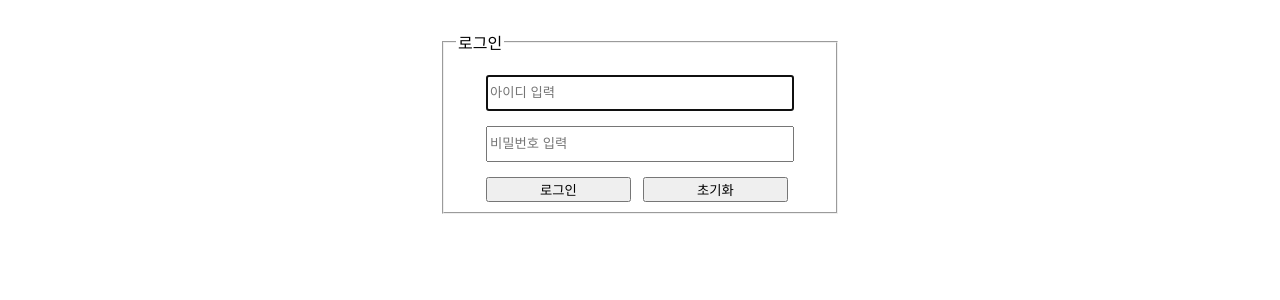
Repository: HyoJun-A/jsp
Page: http://localhost/practice01/login.jsp
The author's editor kept a copy of each file at every save. The page is drawn from the files as they stood at one save, then again after the next save.
The browser window is 1280 px wide. The pictures show the whole page.
The page is served by Tomcat 9.

Above is the page before, as saved 2022-10-14 06:02:28.

After the next save:
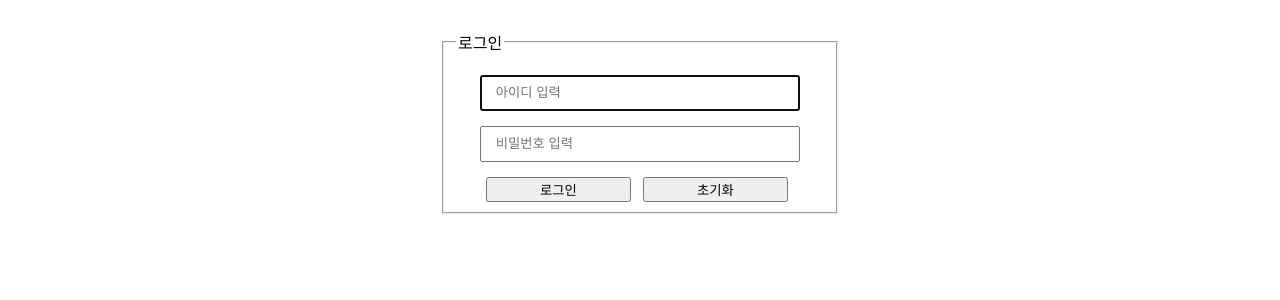
Saved 31 s later.
--- a/practice01/WebContent/login.jsp
+++ b/practice01/WebContent/login.jsp
@@ -7,7 +7,7 @@
 <title>로그인</title>
 <style>
 #login_form{ width: 400px; height: 300px; margin: 30px auto;}
-.login_dis{ display: block;width: 300px; height: 30px; margin: 15px auto;  clear:both;  text-align: left;}
+.login_dis{ display: block;width: 300px; height: 30px; margin: 15px auto;  clear:both;  text-align: left; padding-left: 1em;}
 .login_btn{ display: inline-block; width: 145px;}
 [type="submit"].login_btn { margin-left: 30px;}
 
